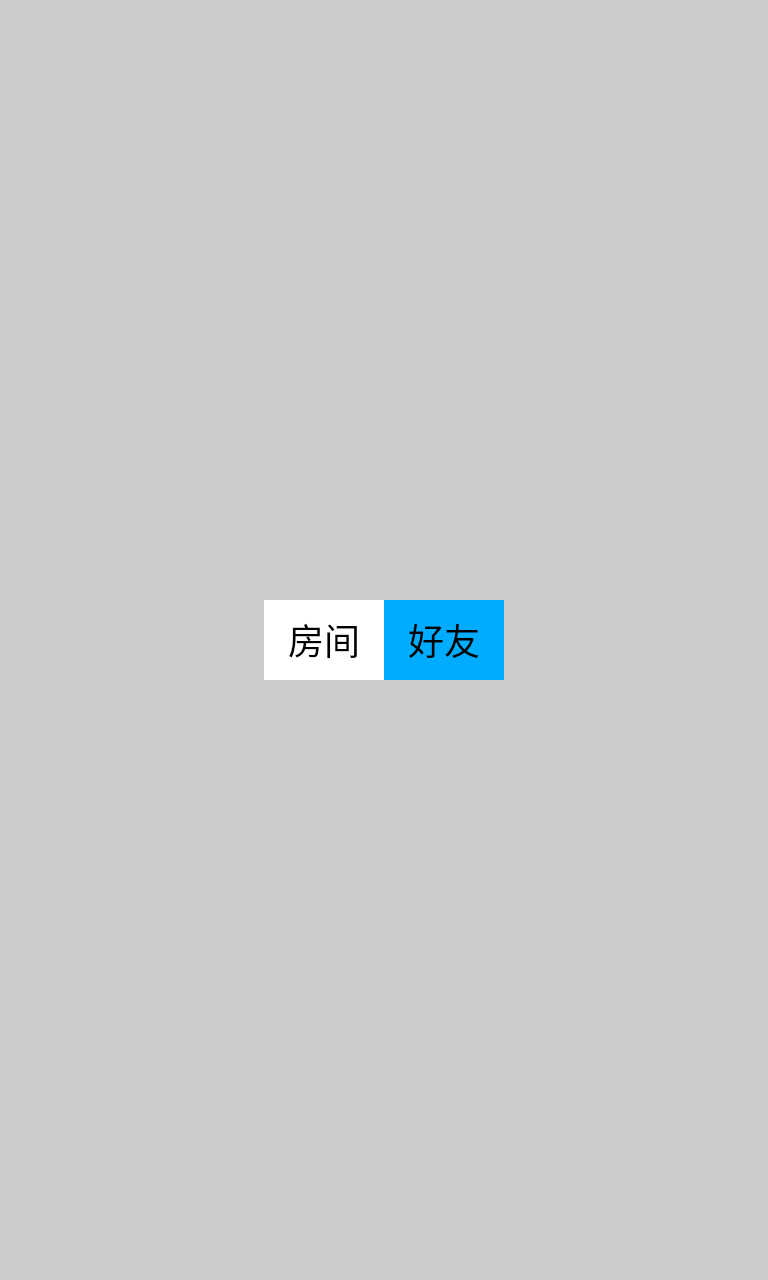
Repository: fanloveoupao/WecharTest
Layout: TestWechar/res/layout/addfriedsorroom.xml
The author's editor kept a copy of each file at every save. The layout is drawn from the files as they stood at one save, then again after the next save.
It is drawn on a 768 x 1280 px phone screen (xhdpi) without system bars, with theme AppTheme; the app's code is not run.

Above is the layout before, as saved 2015-10-07 08:59:31.

After the next save:
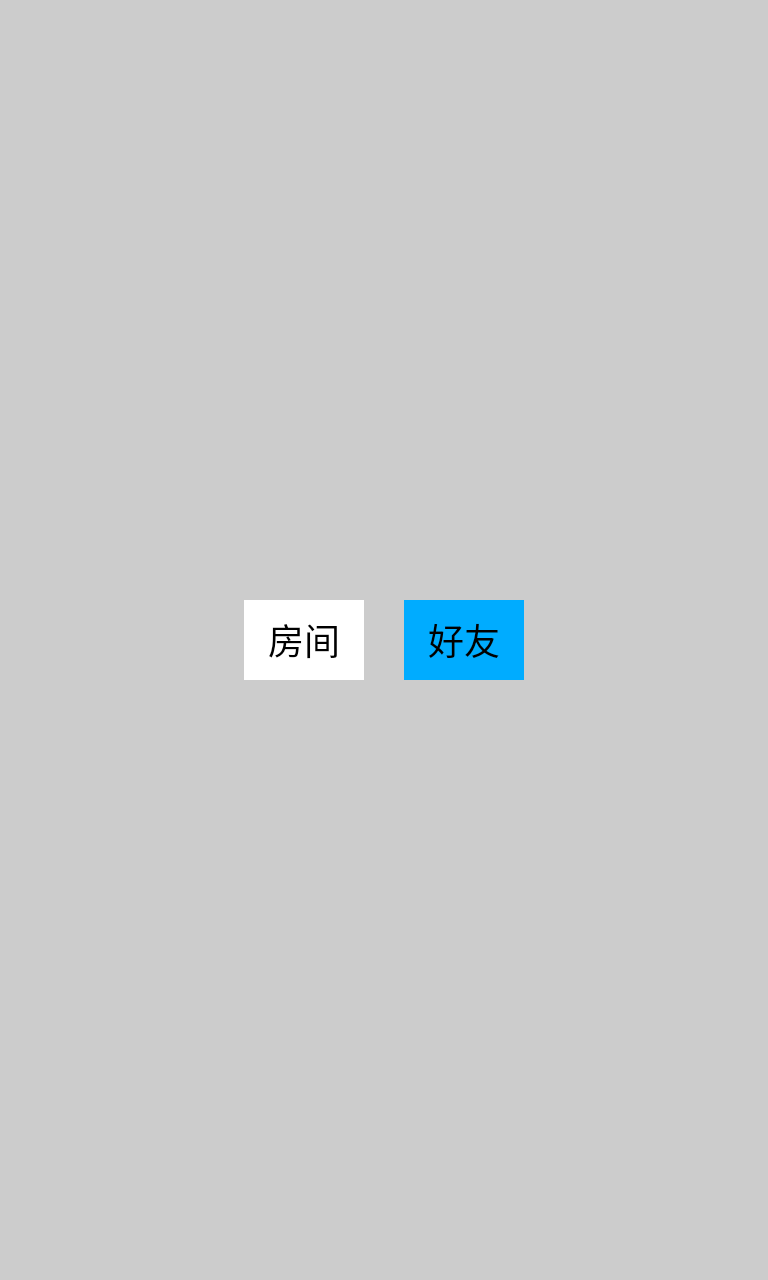
Saved 14 s later.
--- a/TestWechar/res/layout/addfriedsorroom.xml
+++ b/TestWechar/res/layout/addfriedsorroom.xml
@@ -23,6 +23,7 @@
             android:id="@+id/add_friends"
             android:layout_width="60dp"
             android:layout_height="40dp"
+            android:layout_marginLeft="20dp"
             android:background="@drawable/button_login_bg"
             android:text="好友" />
     </LinearLayout>
